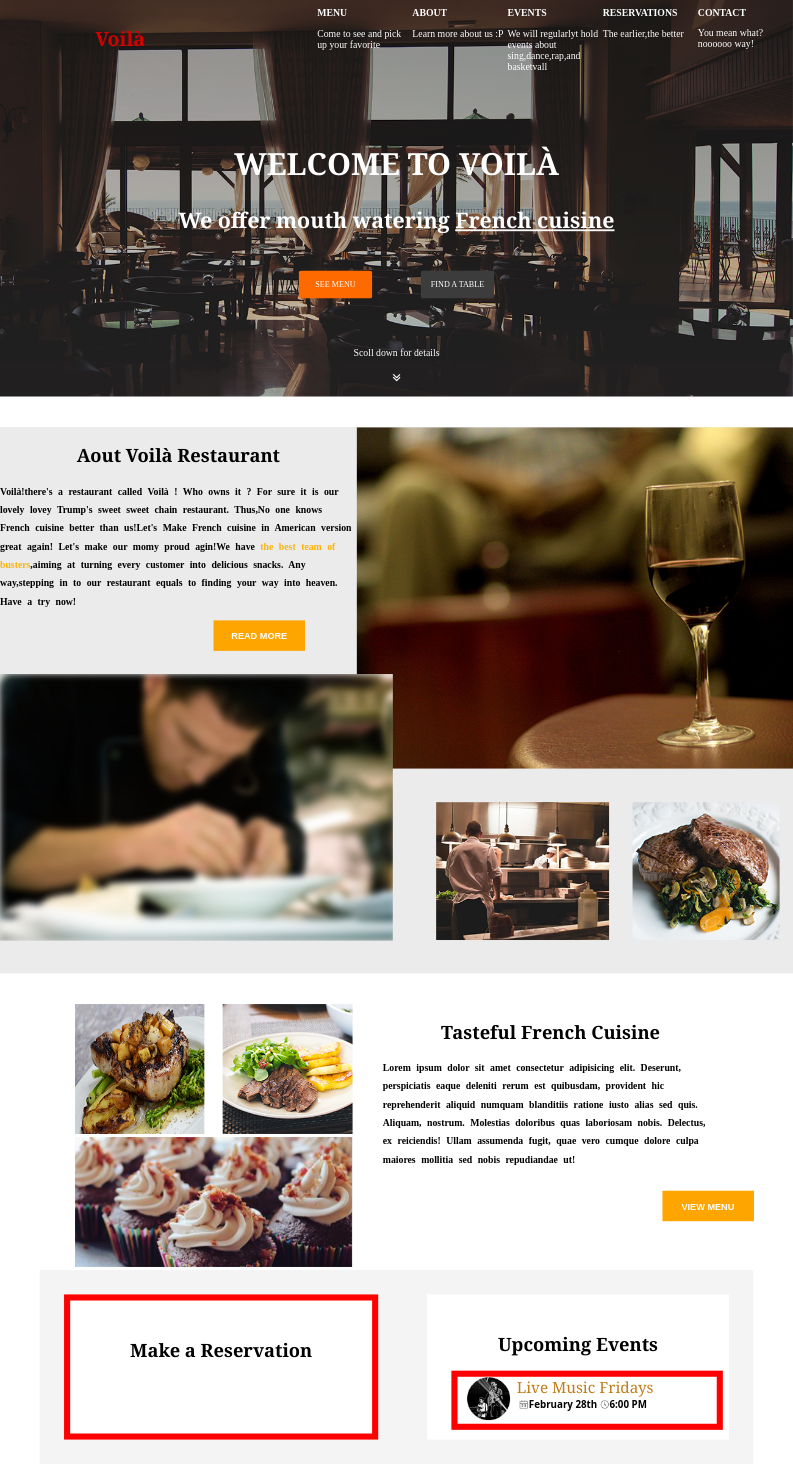
Repository: sis-shen/HTML_vsc
Page: adc_v2/index.html
The author's editor kept a copy of each file at every save. The page is drawn from the files as they stood at one save, then again after the next save.
The browser window is 1280 px wide. The page is 1300 px wide, so the pictures cover 1300 px, including what lies to the right of the window. The pictures show the whole page, at 61% of full size.

Above is the page before, as saved 2023-08-18 13:24:08.

After the next save:
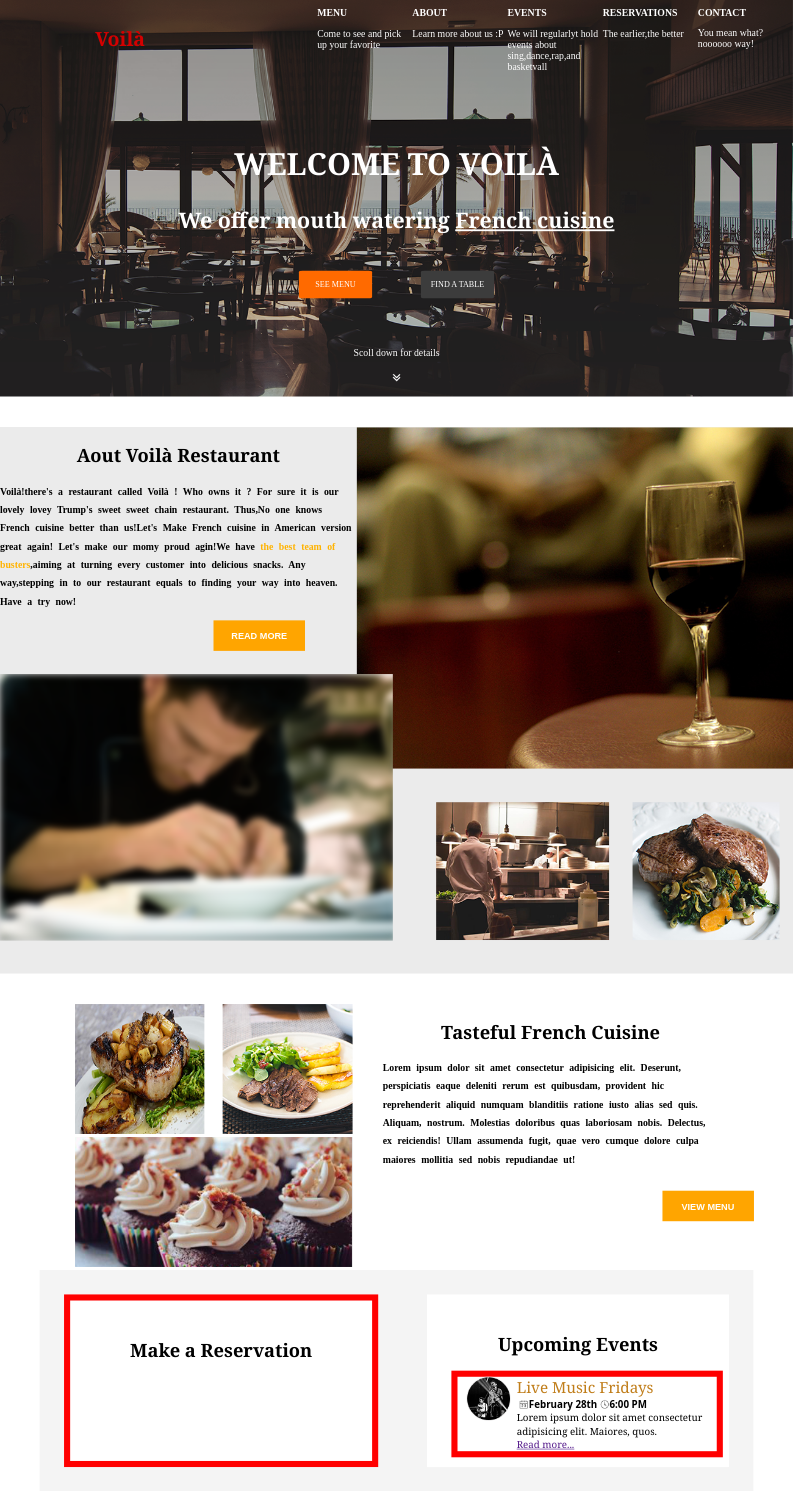
Saved 4 min 18 s later.
--- a/adc_v2/index.html
+++ b/adc_v2/index.html
@@ -124,8 +124,8 @@
                         <div class="daytime2" id="L1-2">6:00 PM</div>
                         </div>
 
-                                            <div class="event-dsp"></div>
-                                            <div class="read-more"><a href="" target="_blank"></a></div>
+                                            <div class="event-dsp">Lorem ipsum dolor sit amet consectetur adipisicing elit. Maiores, quos.</div>
+                                            <div class="read-more"><a href="" target="_blank">Read more...</a></div>
 
                     </div>
 
